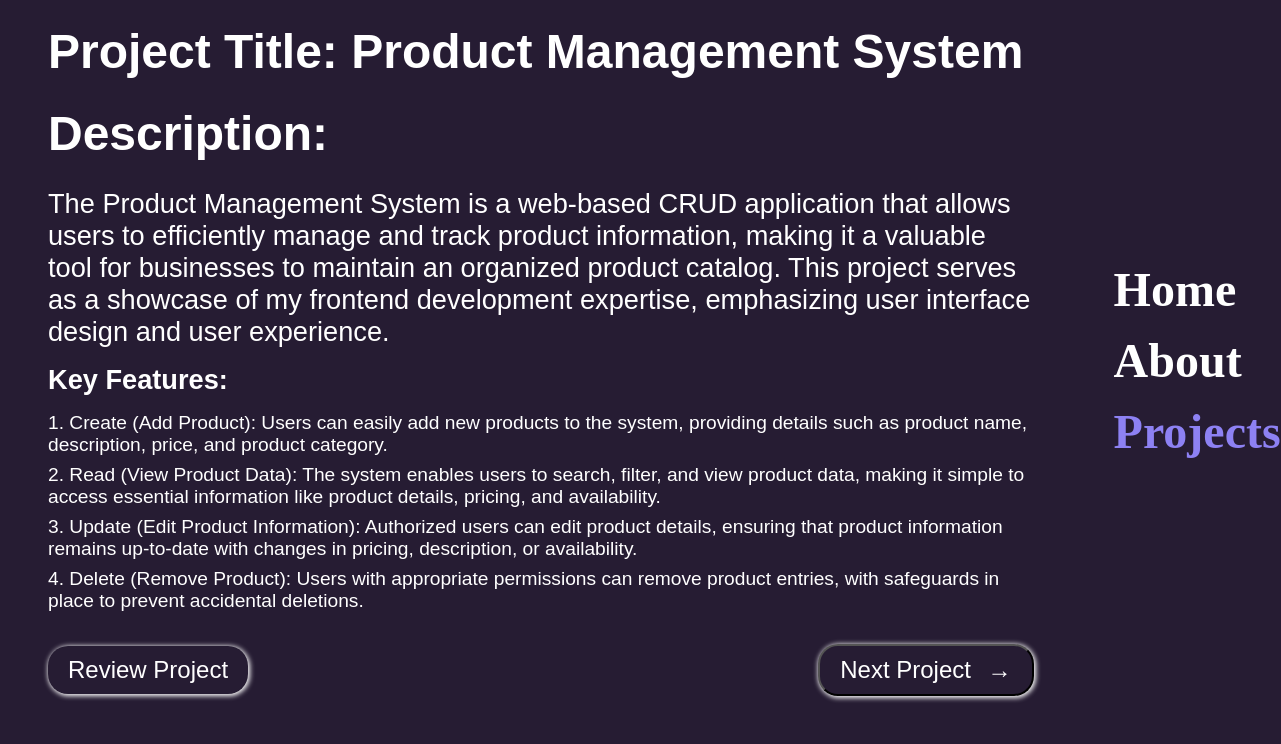
Repository: ahamdy997/portfolio
Page: /projects
An editor plug-in stored every save of this project. The page is shown before and after the next save, followed by the edit.
The browser window is 1280 px wide. The page is 1281 px wide, so the pictures cover 1281 px, including what lies to the right of the window. The pictures show the whole page.
The pointer rests on the first visible `a`.
The project was rebuilt for these pictures with package versions that can differ from the ones it lists, and the page was loaded fresh each time. Also part of the build but not shown: vue.config.js, src/components/HelloWorld.vue, src/views/HomeView.vue.

Above is the page before, as saved 2023-11-06 01:14:27.

### src/App.vue
<template>
  <div class="flex">
    <router-view />
    <header>
      <nav>
        <router-link to="/">Home</router-link>
        <router-link to="/about">About</router-link>
        <router-link to="/projects">Projects</router-link>
      </nav>
    </header>
  </div>
</template>

<style>
* {
  box-sizing: border-box;
  padding: 0;
  margin: 0;
}
#app {
  width: 100%;
  height: 100vh;
  display: flex;
  align-items: center;
  justify-content: space-between;
  text-align: center;
}
.flex {
  display: flex;
  align-items: center;
  justify-content: space-between;
  padding: 3rem;
  gap: 5rem;
  width: 100%;
}
header {
  font-size: 1.7rem;
  width: 10%;
}

nav {
  text-align: center;
  display: flex;
  flex-direction: column;
  gap: 1rem;
  margin-right: 1.5rem;
}
body {
  font-family: sans-serif;
  background: #261c33;
  /* background: yellow; */
  color: #fff;
}
nav a {
  font-family: serif;
  font-weight: bold;
  color: #fff;
  text-decoration: none;
  font-size: 3rem;
  transition: all 0.2s;
}
nav a:hover {
  font-style: italic;
  transform: translateX(10px);
}

nav a.router-link-exact-active {
  color: #8d81f3;
}
</style>

### src/router/index.js
import { createRouter, createWebHistory } from "vue-router";
import HomeView from "../views/HomeView.vue";

const routes = [
  {
    path: "/",
    name: "home",
    component: HomeView,
  },
  {
    path: "/about",
    name: "about",
    // route level code-splitting
    // this generates a separate chunk (about.[hash].js) for this route
    // which is lazy-loaded when the route is visited.
    component: () =>
      import(/* webpackChunkName: "about" */ "../views/AboutView.vue"),
  },
  {
    path: "/projects",
    name: "project",
    // route level code-splitting
    // this generates a separate chunk (about.[hash].js) for this route
    // which is lazy-loaded when the route is visited.
    component: () =>
      import(/* webpackChunkName: "about" */ "../views/ProjectView.vue"),
  },
];

const router = createRouter({
  history: createWebHistory(process.env.BASE_URL),
  routes,
});

export default router;

### src/views/ProjectView.vue
<template>
  <div>
    <h2>Project Title: Product Management System</h2>
    <h2>Description:</h2>
    <p>
      The Product Management System is a web-based CRUD application that allows
      users to efficiently manage and track product information, making it a
      valuable tool for businesses to maintain an organized product catalog.
      This project serves as a showcase of my frontend development expertise,
      emphasizing user interface design and user experience.
    </p>
    <ol>
      <h3>Key Features:</h3>
      <li>
        Create (Add Product): Users can easily add new products to the system,
        providing details such as product name, description, price, and product
        category.
      </li>
      <li>
        Read (View Product Data): The system enables users to search, filter,
        and view product data, making it simple to access essential information
        like product details, pricing, and availability.
      </li>
      <li>
        Update (Edit Product Information): Authorized users can edit product
        details, ensuring that product information remains up-to-date with
        changes in pricing, description, or availability.
      </li>
      <li>
        Delete (Remove Product): Users with appropriate permissions can remove
        product entries, with safeguards in place to prevent accidental
        deletions.
      </li>
    </ol>
    <div class="view">
      <a href="https://ahamdy997.github.io/CRUDS-System/" target="_blank"
        >Review Project</a
      >
      <button type="button">Next Project <span>&rarr;</span></button>
    </div>
  </div>
</template>
<style scoped>
img {
  width: 100%;
}
div {
  text-align: left;
}

h2 {
  margin-bottom: 1.7rem;
  font-size: 3rem;
}
p {
  font-size: 1.7rem;
  margin-bottom: 1rem;
}
h3 {
  margin-bottom: 1rem;
  font-size: 1.7rem;
}

li {
  list-style-position: inside;
  font-size: 1.2rem;
  margin-bottom: 0.5rem;
}
.view {
  display: flex;
  justify-content: space-between;
  align-items: center;
}
button,
a {
  background-color: #261c33;
  margin-top: 1.5rem;
  padding: 10px 20px;
  color: white;
  box-shadow: 1px 1px 5px 1px white;
  border-radius: 20px;
  cursor: pointer;
  text-decoration: none;
  transition: all 0.5s;
  /* font-weight: bold; */
  font-size: 1.5rem;
}
button:hover {
  transform: translateX(10px);
}
span {
  margin-left: 10px;
}
</style>

Loaded but not shown: public/index.html (common file); src/main.js (common file)

After the next save:
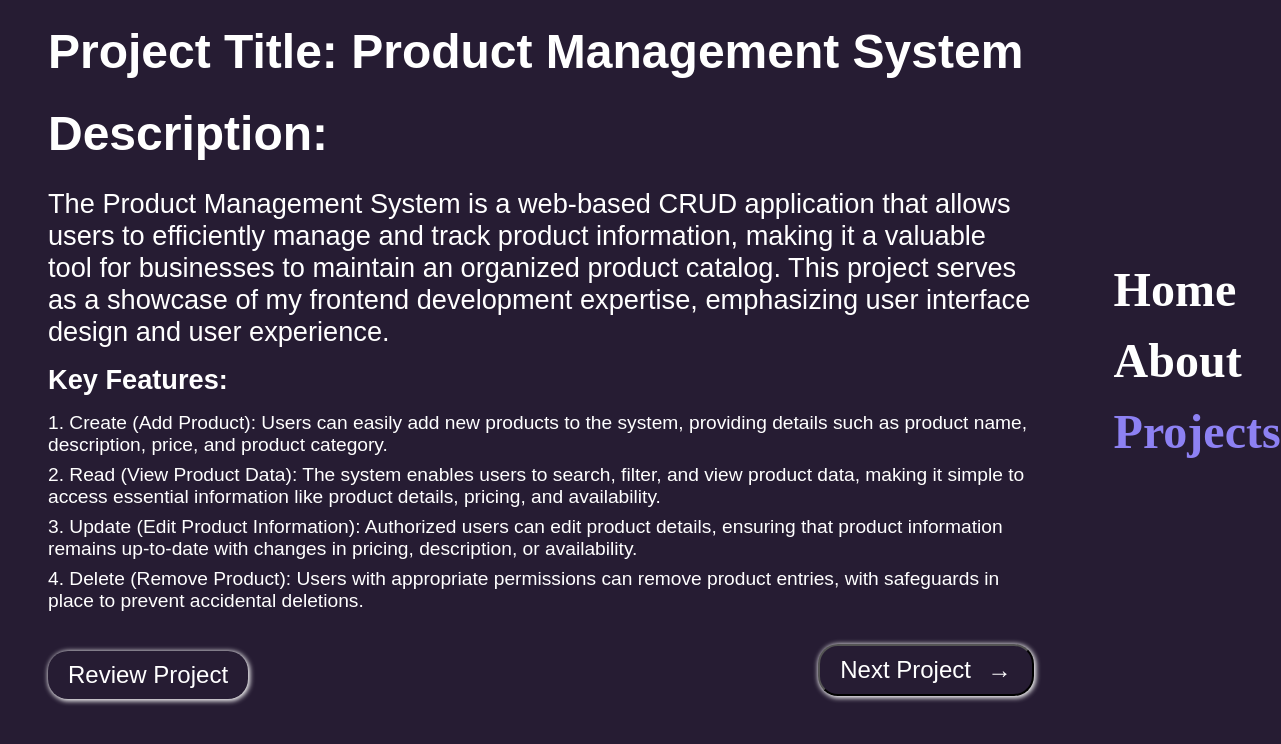
Saved 71 s later.
--- a/src/views/ProjectView.vue
+++ b/src/views/ProjectView.vue
@@ -88,6 +88,9 @@ a {
 button:hover {
   transform: translateX(10px);
 }
+a:hover {
+  transform: translateY(5px);
+}
 span {
   margin-left: 10px;
 }
